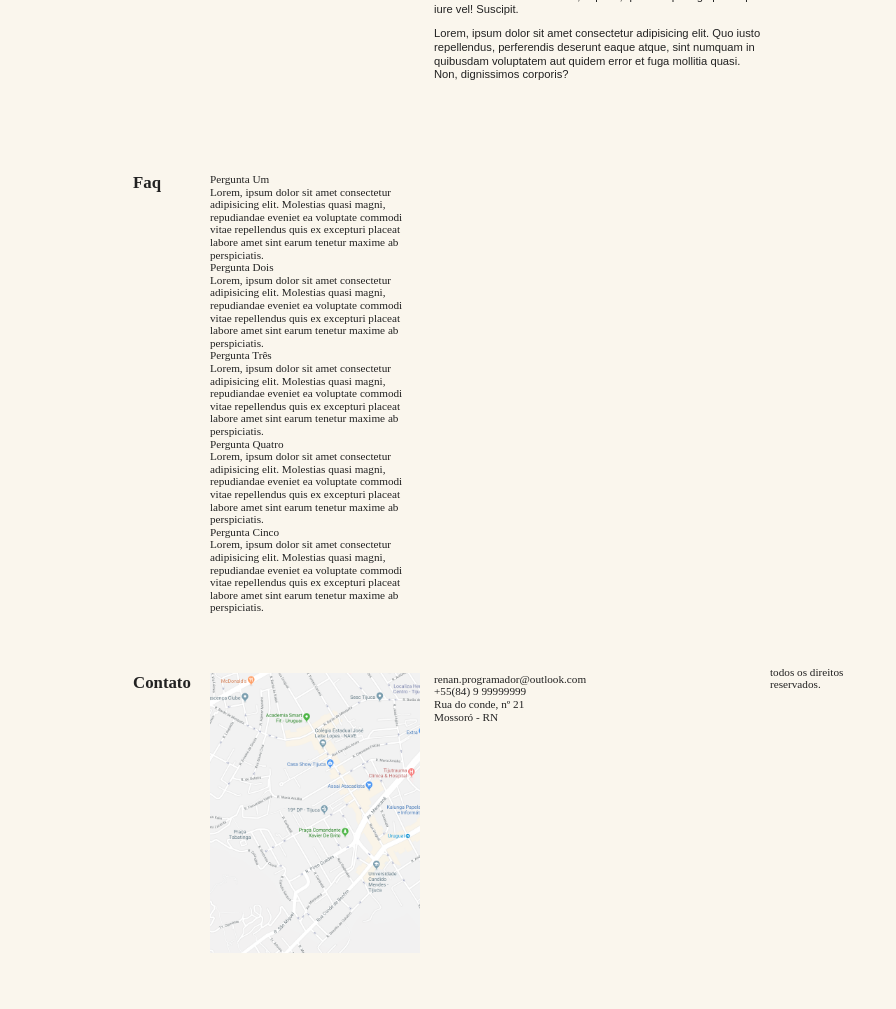
Repository: meiotera/animaisPagina
Page: index.html
These files come from the project's save history. The page is drawn as it stood at one moment and after the next save; the edit follows.
The browser window is 1280 px wide. The pictures show the part of the page from y = 2849 to 4769 px (the page is 4290 px tall before and 5752 px after), at 70% of full size.

Above is the page before, as saved 2025-05-02 10:13:40.

### index.html
<!DOCTYPE html>
<html lang="en">

<head>
  <meta charset="UTF-8">
  <meta name="viewport" content="width=device-width, initial-scale=1.0">

  <link rel="stylesheet" href="css/style.css">
  <title>Animais</title>
</head>

<body>

  <nav class="menu">
    <ul>
      <li><a href="#animais">Animais</a></li>
      <li><a href="#faq">Faq</a></li>
      <li><a href="#contato">Contato</a></li>
      <li><a href="https://github.com/meiotera">Meu GitHub &rarr;</a></li>
    </ul>
  </nav>

  <section class="grid-section animais" id="animais">
    <h1 class="titulo">Animais Fantasticos</h1>

    <ul class="animais-lista">
      <li><img src="./img/imagem1.jpg" alt=""></li>
      <li><img src="./img/imagem2.jpg" alt=""></li>
      <li><img src="./img/imagem3.jpg" alt=""></li>
      <li><img src="./img/imagem4.jpg" alt=""></li>
      <li><img src="./img/imagem5.jpg" alt=""></li>
      <li><img src="./img/imagem6.jpg" alt=""></li>
    </ul>

    <div class="animais-descricao animais">
      <section class="animais">
        <h2>Raposa</h2>
        <p>Lorem ipsum dolor sit amet consectetur adipisicing elit. Autem iusto quidem eum possimus odit voluptatibus id, nesciunt ab quaerat facilis architecto quae consequuntur pariatur. Quam tempora porro veritatis ratione vel.</p>
        <p>Lorem ipsum dolor sit, amet consectetur adipisicing elit. Culpa libero minus enim iste necessitatibus ipsam maxime cum consequatur unde, iure sapiente illo temporibus nulla quibusdam, nobis minima molestiae. Facere, molestias.</p>
        <p>Lorem ipsum dolor sit amet, consectetur adipisicing elit. Pariatur iusto beatae eos id quasi molestias corporis animi sunt, recusandae autem reiciendis, impedit, quae saepe fuga porro qui iure vel! Suscipit.</p>
        <p>Lorem, ipsum dolor sit amet consectetur adipisicing elit. Quo iusto repellendus, perferendis deserunt eaque atque, sint numquam in quibusdam voluptatem aut quidem error et fuga mollitia quasi. Non, dignissimos corporis?</p>
      </section>

      <section>
        <h2>Esquilo</h2>
        <p>Lorem ipsum dolor sit amet consectetur adipisicing elit. Autem iusto quidem eum possimus odit voluptatibus id, nesciunt ab quaerat facilis architecto quae consequuntur pariatur. Quam tempora porro veritatis ratione vel.</p>
        <p>Lorem ipsum dolor sit, amet consectetur adipisicing elit. Culpa libero minus enim iste necessitatibus ipsam maxime cum consequatur unde, iure sapiente illo temporibus nulla quibusdam, nobis minima molestiae. Facere, molestias.</p>
        <p>Lorem ipsum dolor sit amet, consectetur adipisicing elit. Pariatur iusto beatae eos id quasi molestias corporis animi sunt, recusandae autem reiciendis, impedit, quae saepe fuga porro qui iure vel! Suscipit.</p>
        <p>Lorem, ipsum dolor sit amet consectetur adipisicing elit. Quo iusto repellendus, perferendis deserunt eaque atque, sint numquam in quibusdam voluptatem aut quidem error et fuga mollitia quasi. Non, dignissimos corporis?</p>
      </section>

      <section>
        <h2>Urso</h2>
        <p>Lorem ipsum dolor sit amet consectetur adipisicing elit. Autem iusto quidem eum possimus odit voluptatibus id, nesciunt ab quaerat facilis architecto quae consequuntur pariatur. Quam tempora porro veritatis ratione vel.</p>
        <p>Lorem ipsum dolor sit, amet consectetur adipisicing elit. Culpa libero minus enim iste necessitatibus ipsam maxime cum consequatur unde, iure sapiente illo temporibus nulla quibusdam, nobis minima molestiae. Facere, molestias.</p>
        <p>Lorem ipsum dolor sit amet, consectetur adipisicing elit. Pariatur iusto beatae eos id quasi molestias corporis animi sunt, recusandae autem reiciendis, impedit, quae saepe fuga porro qui iure vel! Suscipit.</p>
        <p>Lorem, ipsum dolor sit amet consectetur adipisicing elit. Quo iusto repellendus, perferendis deserunt eaque atque, sint numquam in quibusdam voluptatem aut quidem error et fuga mollitia quasi. Non, dignissimos corporis?</p>
      </section>

      <section>
        <h2>Lobo</h2>
        <p>Lorem ipsum dolor sit amet consectetur adipisicing elit. Autem iusto quidem eum possimus odit voluptatibus id, nesciunt ab quaerat facilis architecto quae consequuntur pariatur. Quam tempora porro veritatis ratione vel.</p>
        <p>Lorem ipsum dolor sit, amet consectetur adipisicing elit. Culpa libero minus enim iste necessitatibus ipsam maxime cum consequatur unde, iure sapiente illo temporibus nulla quibusdam, nobis minima molestiae. Facere, molestias.</p>
        <p>Lorem ipsum dolor sit amet, consectetur adipisicing elit. Pariatur iusto beatae eos id quasi molestias corporis animi sunt, recusandae autem reiciendis, impedit, quae saepe fuga porro qui iure vel! Suscipit.</p>
        <p>Lorem, ipsum dolor sit amet consectetur adipisicing elit. Quo iusto repellendus, perferendis deserunt eaque atque, sint numquam in quibusdam voluptatem aut quidem error et fuga mollitia quasi. Non, dignissimos corporis?</p>
      </section>

      <section>
        <h2>Macaco</h2>
        <p>Lorem ipsum dolor sit amet consectetur adipisicing elit. Autem iusto quidem eum possimus odit voluptatibus id, nesciunt ab quaerat facilis architecto quae consequuntur pariatur. Quam tempora porro veritatis ratione vel.</p>
        <p>Lorem ipsum dolor sit, amet consectetur adipisicing elit. Culpa libero minus enim iste necessitatibus ipsam maxime cum consequatur unde, iure sapiente illo temporibus nulla quibusdam, nobis minima molestiae. Facere, molestias.</p>
        <p>Lorem ipsum dolor sit amet, consectetur adipisicing elit. Pariatur iusto beatae eos id quasi molestias corporis animi sunt, recusandae autem reiciendis, impedit, quae saepe fuga porro qui iure vel! Suscipit.</p>
        <p>Lorem, ipsum dolor sit amet consectetur adipisicing elit. Quo iusto repellendus, perferendis deserunt eaque atque, sint numquam in quibusdam voluptatem aut quidem error et fuga mollitia quasi. Non, dignissimos corporis?</p>
      </section>

      <section>
        <h2>Leão</h2>
        <p>Lorem ipsum dolor sit amet consectetur adipisicing elit. Autem iusto quidem eum possimus odit voluptatibus id, nesciunt ab quaerat facilis architecto quae consequuntur pariatur. Quam tempora porro veritatis ratione vel.</p>
        <p>Lorem ipsum dolor sit, amet consectetur adipisicing elit. Culpa libero minus enim iste necessitatibus ipsam maxime cum consequatur unde, iure sapiente illo temporibus nulla quibusdam, nobis minima molestiae. Facere, molestias.</p>
        <p>Lorem ipsum dolor sit amet, consectetur adipisicing elit. Pariatur iusto beatae eos id quasi molestias corporis animi sunt, recusandae autem reiciendis, impedit, quae saepe fuga porro qui iure vel! Suscipit.</p>
        <p>Lorem, ipsum dolor sit amet consectetur adipisicing elit. Quo iusto repellendus, perferendis deserunt eaque atque, sint numquam in quibusdam voluptatem aut quidem error et fuga mollitia quasi. Non, dignissimos corporis?</p>
      </section>
    </div>
  </section>

  <section class="grid-section faq" id="faq">
    <h2>Faq</h2>

    <dl>
      <dt>Pergunta Um</dt>
      <dd>Lorem, ipsum dolor sit amet consectetur adipisicing elit. Molestias quasi magni, repudiandae eveniet ea voluptate commodi vitae repellendus quis ex excepturi placeat labore amet sint earum tenetur maxime ab perspiciatis.</dd>

      <dt>Pergunta Dois</dt>
      <dd>Lorem, ipsum dolor sit amet consectetur adipisicing elit. Molestias quasi magni, repudiandae eveniet ea voluptate commodi vitae repellendus quis ex excepturi placeat labore amet sint earum tenetur maxime ab perspiciatis.</dd>

      <dt>Pergunta Três</dt>
      <dd>Lorem, ipsum dolor sit amet consectetur adipisicing elit. Molestias quasi magni, repudiandae eveniet ea voluptate commodi vitae repellendus quis ex excepturi placeat labore amet sint earum tenetur maxime ab perspiciatis.</dd>

      <dt>Pergunta Quatro</dt>
      <dd>Lorem, ipsum dolor sit amet consectetur adipisicing elit. Molestias quasi magni, repudiandae eveniet ea voluptate commodi vitae repellendus quis ex excepturi placeat labore amet sint earum tenetur maxime ab perspiciatis.</dd>

      <dt>Pergunta Cinco</dt>
      <dd>Lorem, ipsum dolor sit amet consectetur adipisicing elit. Molestias quasi magni, repudiandae eveniet ea voluptate commodi vitae repellendus quis ex excepturi placeat labore amet sint earum tenetur maxime ab perspiciatis.</dd>
    </dl>
  </section>

  <section class="grid-section contato" id="contato">
    <h2>Contato</h2>

    <div class="mapa">
      <img src="img/mapa.png" alt="mapa">
    </div>

    <ul class="dados">
      <li>renan.programador@outlook.com</li>
      <li>+55(84) 9 99999999</li>
      <li>Rua do conde, nº 21</li>
      <li>Mossoró - RN</li>
    </ul>
  </section>


  <footer class="footer copy">
    <p>todos os direitos reservados.</p>
  </footer>
  <script src="script.js"></script>
</body>

</html>

### css/style.css
body,
h1,
h2,
h3,
ul,
li,
p,
dd,
dt,
dl,
a {
  margin: 0;
  padding: 0;
  list-style: none;
  text-decoration: none;
}

img {
  display: block;
  max-width: 100%;
}

body {
  background-color: #faf6ed;
  color: #222;
  display: grid;
  /* Colunas organizadas */
  grid-template-columns: 1fr 120px minmax(300px, 800px) 1fr;
}

/* MENU */
.menu {
  grid-column: 3/5;
  margin-top: 2rem;
  margin-bottom: 2rem;
  background-color: #fd5;
}

.menu ul {
  display: flex;
  flex-wrap: wrap;
  padding: 10px;
}

.menu li a {
  display: block;
  padding: 10px;
  margin-right: 10px;
  color: #222;
  text-decoration: none;
  font-family: monospace;
  font-weight: bold;
  text-transform: uppercase;
  font-size: 0.875rem;
  letter-spacing: 0.1rem;
}

/* Sessões */
.grid-section {
  grid-column: 2/4;
  width: 100%;
  box-sizing: border-box;
  padding: 10px;
  display: grid;
  grid-template-columns: 90px 300px 1fr;
  grid-gap: 20px;
  margin-bottom: 4rem;
}

.titulo {
  font-family: Georgia, 'Times New Roman', Times, serif;
  font-size: 7rem;
  line-height: 1;
  font-weight: normal;
  margin-bottom: 1rem;
  grid-column: 1/4;
}

.animais h2 {
  font-family: monospace;
  font-size: 1rem;
  text-transform: uppercase;
  letter-spacing: 0.1em;
  margin-bottom: 1rem;
  color: #e54;
}

.animais h2::before {
  content: '';
  display: inline-block;
  width: 40px;
  height: 10px;
  margin-right: 10px;
  background-color: #fb5;
}

.animais p {
  font-family: Arial, Helvetica, sans-serif;
  line-height: 1.2;
  margin-bottom: 1rem;
}

.animais-lista {
  height: 370px;
  overflow-y: scroll;
  grid-column: 2;
}

/* Scroll */
.animais-lista::-webkit-scrollbar {
  width: 20px;
}

.animais-lista::-webkit-scrollbar-thumb {
  background-color: #fb5;
  border-left: 4px solid #faf6ed;
  border-right: 4px solid #faf6ed;
}

.animais-lista::-webkit-scrollbar-track {
  background-color: #faf6ed;
}

.animais-descricao {
  grid-column: 3;
}

.animais-descricao section {
  margin-bottom: 3rem;
}

Loaded but not shown: script.js (no copy from this time; the picture is the same without it)

After the next save:
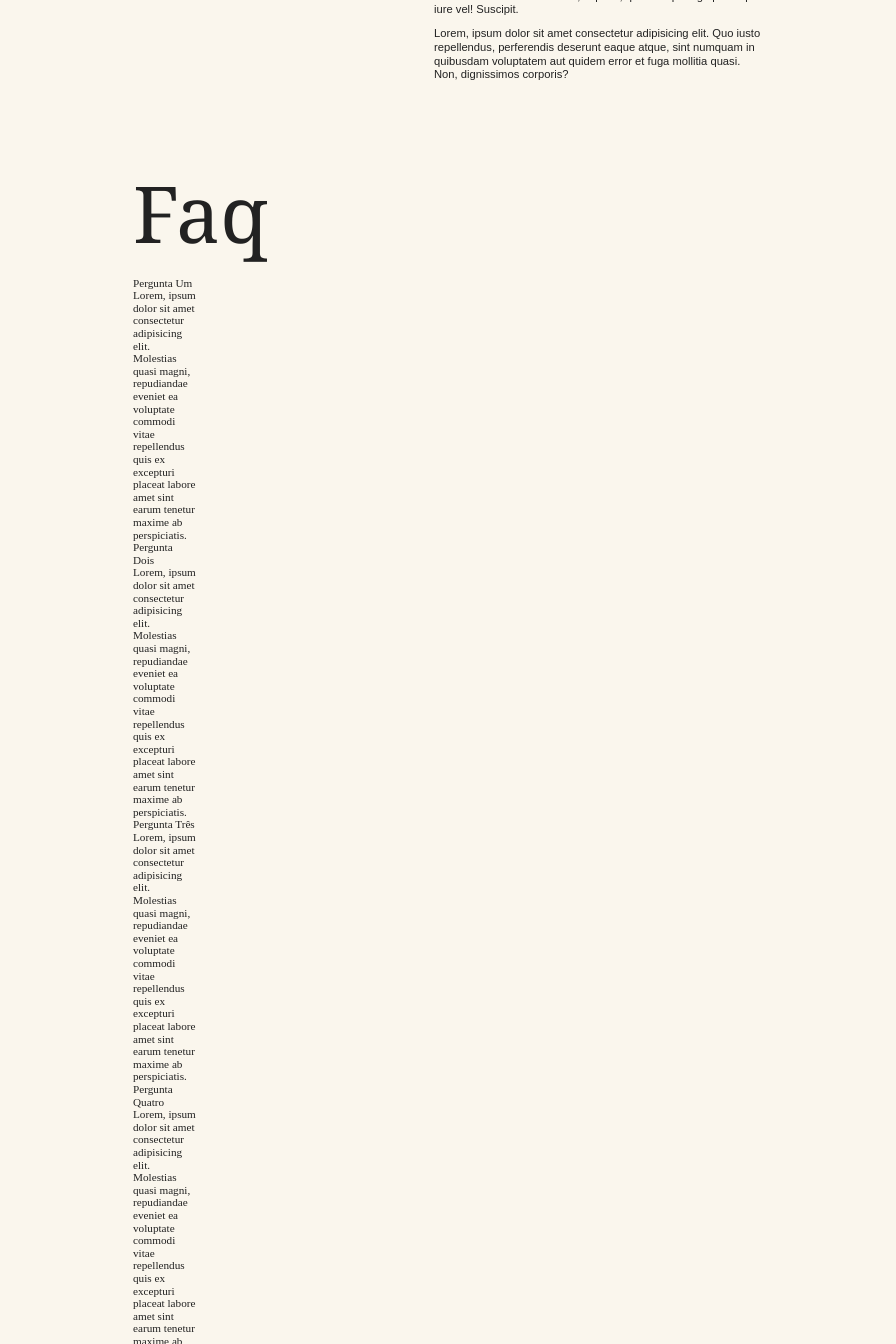
Saved 20 h 50 min later.
--- a/index.html
+++ b/index.html
@@ -84,7 +84,7 @@
   </section>
 
   <section class="grid-section faq" id="faq">
-    <h2>Faq</h2>
+    <h2 class="titulo">Faq</h2>
 
     <dl>
       <dt>Pergunta Um</dt>
